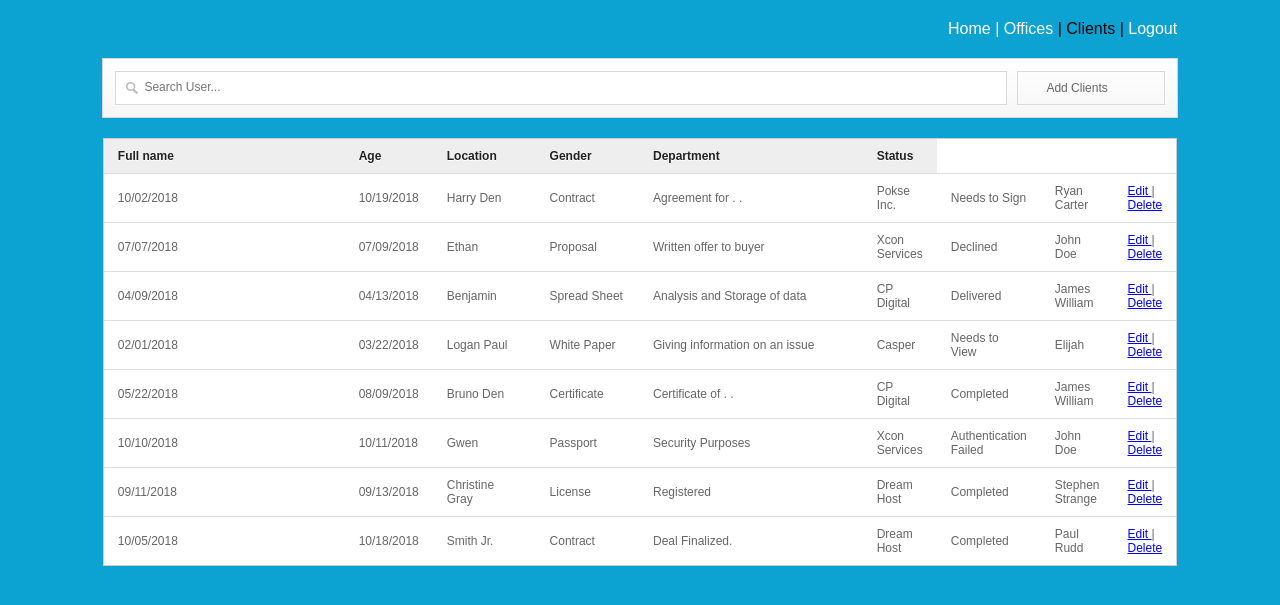
Repository: MrSyntax31/recordmanagement
Page: http://localhost/main/clients.php
An editor plug-in stored every save of this project. The page is shown before and after the next save, followed by the edit.
The browser window is 1280 px wide. The pictures show the whole page.
The page is run by PHP 8.4 with error messages shown; the project is at /var/www/html/. The database holds what the project's SQL file puts in it.

Above is the page before, as saved 2022-03-03 14:41:15.

### main/clients.php
<style>
body {
	background: #0ca3d2;
}
table { border-collapse: separate; background-color: #FFFFFF; border-spacing: 0; width: 85%; color: #666666; text-shadow: 0 1px 0 #FFFFFF; border: 1px solid #CCCCCC; box-shadow: 0; margin: 0 auto;font-family: arial; }
table thead tr th { background: none repeat scroll 0 0 #EEEEEE; color: #222222; padding: 10px 14px; text-align: left; border-top: 0 none; font-size: 12px; }
table tbody tr td{
    background-color: #FFFFFF;
	font-size: 12px;
    text-align: left;
	padding: 10px 14px;
	border-top: 1px solid #DDDDDD;
}
#log {
	width: 85%;
	text-align: right;
	margin: 20px auto;
	font-family: arial;
}
#log a {
	color: #FFFFFF;
	text-decoration: none;
	font-family: arial;
}
#formdesign {
	background: linear-gradient(to bottom, #FFFFFF 0%, #F6F6F6 100%) repeat scroll 0 0 rgba(0, 0, 0, 0);
    border: 1px solid #D5D5D5;
    padding: 12px;
    position: relative;
	margin: 20px auto;
	width: 83%;
	clear: both;
	height: 34px;
}
#filter {
	-moz-box-sizing: border-box;
    background: url("img/big_search.png") no-repeat scroll 10px 10px #FFFFFF;
    box-shadow: none;
    display: block;
    font-size: 12px;
    height: 34px;
    padding: 9px 140px 9px 28px;display: block;
    font-size: 12px;
    height: 34px;
    padding: 9px 140px 9px 28px;
    width: 85%;
	border: 1px solid #DADADA;
    transition: border 0.2s linear 0s, box-shadow 0.2s linear 0s;
	padding-top: 6px;
	float: left;
}
#add {
	float: right;
	width: 8.5%;
	display: block;
    font-size: 12px;
    height: 14px;
    padding: 9px 28px 9px 28px;
	border: 1px solid #DADADA;
}
a#add {
	text-decoration: none;
	color: #666666;
	font-family: arial;
	font-size: 12px;
}

</style>
<script src="argiepolicarpio.js" type="text/javascript" charset="utf-8"></script>
<script src="js/application.js" type="text/javascript" charset="utf-8"></script>
<!--sa poip up-->
<link href="src/facebox.css" media="screen" rel="stylesheet" type="text/css" />
   <script src="lib/jquery.js" type="text/javascript"></script>
  <script src="src/facebox.js" type="text/javascript"></script>
  <script type="text/javascript">
    jQuery(document).ready(function($) {
      $('a[rel*=facebox]').facebox({
        loadingImage : 'src/loading.gif',
        closeImage   : 'src/closelabel.png'
      })
    })
  </script>
<div id="log"> <a href="index.php">Home | <a href="offices.php">Offices</a> | Clients |  <a href="../index.php">Logout</a>
</div>
<div id="formdesign">
<input type="text" name="filter" value="" id="filter" placeholder="Search User..." autocomplete="off" />
<a rel="facebox" href="add.php" id="add">Add Clients</a>
</div>
<table cellspacing="0" cellpadding="2" id="resultTable">
<thead>
	<tr>
		<th width="25%"> Full name</th>
		<th width="7%"> Age</th>
		<th width="10%"> Location </th>
		<th width="10%"> Gender </th>
		<th width="23%"> Department </th>
		<th width="5%">  Status </th>
	</tr>
</thead>
<tbody>
	<?php
		include('connect.php');
		$result = $db->prepare("SELECT * FROM transaction ORDER BY id DESC");
		$result->execute();
		for($i=0; $row = $result->fetch(); $i++){
	?>
	<tr class="record">
		<td><?php echo $row['date']; ?></td>
		<td><?php echo $row['dateout']; ?></td>
		<td><?php echo $row['receive_by']; ?></td>
		<td><?php echo $row['doc_type']; ?></td>
		<td><?php echo $row['description']; ?></td>
		<td><?php echo $row['office']; ?></td>
		<td><?php echo $row['status']; ?></td>
		<td><?php echo $row['ft']; ?></td>
		<td><a rel="facebox" href="editform.php?id=<?php echo $row['id']; ?>"> Edit </a> | <a href="#" id="<?php echo $row['id']; ?>" class="delbutton" title="Click To Delete">Delete</a></td>
	</tr>
	<?php
		}
	?>
</tbody>
</table>
<script src="js/jquery.js"></script>
  <script type="text/javascript">
$(function() {


$(".delbutton").click(function(){

//Save the link in a variable called element
var element = $(this);

//Find the id of the link that was clicked
var del_id = element.attr("id");

//Built a url to send
var info = 'id=' + del_id;
 if(confirm("Sure you want to delete this update? There is NO undo!"))
		  {

 $.ajax({
   type: "GET",
   url: "delete.php",
   data: info,
   success: function(){

   }
 });
         $(this).parents(".record").animate({ backgroundColor: "#fbc7c7" }, "fast")
		.animate({ opacity: "hide" }, "slow");

 }

return false;

});

});
</script>

### main/connect.php
<?php
/* Database config */
$db_host		= 'localhost';
$db_user		= 'root';
$db_pass		= '';
$db_database	= 'record';

/* End config */

$db = new PDO('mysql:host='.$db_host.';dbname='.$db_database, $db_user, $db_pass);
$db->setAttribute(PDO::ATTR_ERRMODE, PDO::ERRMODE_EXCEPTION);

?>

### main/js/application.js
$(document).ready(function() {
	zebraRows('tr:odd td', 'odd');

	$('tbody tr').hover(function(){
	  $(this).find('td').addClass('hovered');
	}, function(){
	  $(this).find('td').removeClass('hovered');
	});

	//default each row to visible
	$('tbody tr').addClass('visible');

	//overrides CSS display:none property
	//so only users w/ JS will see the
	//filter box
	$('#search').show();

	$('#filter').keyup(function(event) {
		//if esc is pressed or nothing is entered
    if (event.keyCode == 27 || $(this).val() == '') {
			//if esc is pressed we want to clear the value of search box
			$(this).val('');

			//we want each row to be visible because if nothing
			//is entered then all rows are matched.
      $('tbody tr').removeClass('visible').show().addClass('visible');
    }

		//if there is text, lets filter
		else {
      filter('tbody tr', $(this).val());
    }

		//reapply zebra rows
		$('.visible td').removeClass('odd');
		zebraRows('.visible:even td', 'odd');
	});

	//grab all header rows
	$('thead th').each(function(column) {
		$(this).addClass('sortable')
					.click(function(){
						var findSortKey = function($cell) {
							return $cell.find('.sort-key').text().toUpperCase() + ' ' + $cell.text().toUpperCase();
						};

						var sortDirection = $(this).is('.sorted-asc') ? -1 : 1;

						//step back up the tree and get the rows with data
						//for sorting
						var $rows		= $(this).parent()
																.parent()
																.parent()
																.find('tbody tr')
																.get();

						//loop through all the rows and find
						$.each($rows, function(index, row) {
							row.sortKey = findSortKey($(row).children('td').eq(column));
						});

						//compare and sort the rows alphabetically
						$rows.sort(function(a, b) {
							if (a.sortKey < b.sortKey) return -sortDirection;
							if (a.sortKey > b.sortKey) return sortDirection;
							return 0;
						});

						//add the rows in the correct order to the bottom of the table
						$.each($rows, function(index, row) {
							$('tbody').append(row);
							row.sortKey = null;
						});

						//identify the column sort order
						$('th').removeClass('sorted-asc sorted-desc');
						var $sortHead = $('th').filter(':nth-child(' + (column + 1) + ')');
						sortDirection == 1 ? $sortHead.addClass('sorted-asc') : $sortHead.addClass('sorted-desc');

						//identify the column to be sorted by
						$('td').removeClass('sorted')
									.filter(':nth-child(' + (column + 1) + ')')
									.addClass('sorted');

						$('.visible td').removeClass('odd');
						zebraRows('.visible:even td', 'odd');
					});
	});
});


//used to apply alternating row styles
function zebraRows(selector, className)
{
	$(selector).removeClass(className)
							.addClass(className);
}

//filter results based on query
function filter(selector, query) {
	query	=	$.trim(query); //trim white space
  query = query.replace(/ /gi, '|'); //add OR for regex

  $(selector).each(function() {
    ($(this).text().search(new RegExp(query, "i")) < 0) ? $(this).hide().removeClass('visible') : $(this).show().addClass('visible');
  });
}

### main/src/facebox.css
#facebox {
  position: absolute;
  top: 0;
  left: 0;
  z-index: 100;
  text-align: left;
}


#facebox .popup{
  position:relative;
  border:3px solid rgba(0,0,0,0);
  -webkit-border-radius:5px;
  -moz-border-radius:5px;
  border-radius:5px;
  -webkit-box-shadow:0 0 18px rgba(0,0,0,0.4);
  -moz-box-shadow:0 0 18px rgba(0,0,0,0.4);
  box-shadow:0 0 18px rgba(0,0,0,0.4);
}

#facebox .content {
  display:table;
  width: 280px;
  padding: 10px;
  background: #fff;
  -webkit-border-radius:4px;
  -moz-border-radius:4px;
  border-radius:4px;
}

#facebox .content > p:first-child{
  margin-top:0;
}
#facebox .content > p:last-child{
  margin-bottom:0;
}

#facebox .close{
  position:absolute;
  top:5px;
  right:5px;
  padding:2px;
  background:#fff;
}
#facebox .close img{
  opacity:0.3;
}
#facebox .close:hover img{
  opacity:1.0;
}

#facebox .loading {
  text-align: center;
}

#facebox .image {
  text-align: center;
}

#facebox img {
  border: 0;
  margin: 0;
}

#facebox_overlay {
  position: fixed;
  top: 0px;
  left: 0px;
  height:100%;
  width:100%;
}

.facebox_hide {
  z-index:-100;
}

.facebox_overlayBG {
  background-color: #000;
  z-index: 99;
}

.hoverbox
{
	cursor: default;
	list-style: none;
}

.hoverbox a
{
	cursor:pointer;
}


.hoverbox img
{
	background: #fff;
	border-color: #aaa #ccc #ddd #bbb;
	border-style: solid;
	border-width: 1px;
	color: inherit;
	padding: 2px;
	vertical-align: top;
	width: 115px;
	height: 70px;
	margin-bottom:5px;
}

### main/src/facebox.js
/*
 * Facebox (for jQuery)
 * version: 1.2 (05/05/2008)
 * @requires jQuery v1.2 or later
 *
 * Examples at http://famspam.com/facebox/
 *
 * Licensed under the MIT:
 *   http://www.opensource.org/licenses/mit-license.php
 *
 * Copyright 2007, 2008 Chris Wanstrath [ chris@ozmm.org ]
 *
 * Usage:
 *
 *  jQuery(document).ready(function() {
 *    jQuery('a[rel*=facebox]').facebox()
 *  })
 *
 *  <a href="#terms" rel="facebox">Terms</a>
 *    Loads the #terms div in the box
 *
 *  <a href="terms.html" rel="facebox">Terms</a>
 *    Loads the terms.html page in the box
 *
 *  <a href="terms.png" rel="facebox">Terms</a>
 *    Loads the terms.png image in the box
 *
 *
 *  You can also use it programmatically:
 *
 *    jQuery.facebox('some html')
 *    jQuery.facebox('some html', 'my-groovy-style')
 *
 *  The above will open a facebox with "some html" as the content.
 *
 *    jQuery.facebox(function($) {
 *      $.get('blah.html', function(data) { $.facebox(data) })
 *    })
 *
 *  The above will show a loading screen before the passed function is called,
 *  allowing for a better ajaxy experience.
 *
 *  The facebox function can also display an ajax page, an image, or the contents of a div:
 *
 *    jQuery.facebox({ ajax: 'remote.html' })
 *    jQuery.facebox({ ajax: 'remote.html' }, 'my-groovy-style')
 *    jQuery.facebox({ image: 'stairs.jpg' })
 *    jQuery.facebox({ image: 'stairs.jpg' }, 'my-groovy-style')
 *    jQuery.facebox({ div: '#box' })
 *    jQuery.facebox({ div: '#box' }, 'my-groovy-style')
 *
 *  Want to close the facebox?  Trigger the 'close.facebox' document event:
 *
 *    jQuery(document).trigger('close.facebox')
 *
 *  Facebox also has a bunch of other hooks:
 *
 *    loading.facebox
 *    beforeReveal.facebox
 *    reveal.facebox (aliased as 'afterReveal.facebox')
 *    init.facebox
 *    afterClose.facebox
 *
 *  Simply bind a function to any of these hooks:
 *
 *   $(document).bind('reveal.facebox', function() { ...stuff to do after the facebox and contents are revealed... })
 *
 */
(function($) {
  $.facebox = function(data, klass) {
    $.facebox.loading()

    if (data.ajax) fillFaceboxFromAjax(data.ajax, klass)
    else if (data.image) fillFaceboxFromImage(data.image, klass)
    else if (data.div) fillFaceboxFromHref(data.div, klass)
    else if ($.isFunction(data)) data.call($)
    else $.facebox.reveal(data, klass)
  }

  /*
   * Public, $.facebox methods
   */

  $.extend($.facebox, {
    settings: {
      opacity      : 0.2,
      overlay      : false,
      loadingImage : '/facebox/loading.gif',
      closeImage   : '/facebox/closelabel.png',
      imageTypes   : [ 'png', 'jpg', 'jpeg', 'gif' ],
      faceboxHtml  : '\
    <div id="facebox" style="display:none;"> \
      <div class="popup"> \
        <div class="content"> \
        </div> \
        <a href="#" class="close"><img src="/facebox/closelabel.png" title="close" class="close_image" /></a> \
      </div> \
    </div>'
    },

    loading: function() {
      init()
      if ($('#facebox .loading').length == 1) return true
      showOverlay()

      $('#facebox .content').empty()
      $('#facebox .body').children().hide().end().
        append('<div class="loading"><img src="'+$.facebox.settings.loadingImage+'"/></div>')

      $('#facebox').css({
        top:	getPageScroll()[1] + (getPageHeight() / 10),
        left:	$(window).width() / 2 - 205
      }).show()

      $(document).bind('keydown.facebox', function(e) {
        if (e.keyCode == 27) $.facebox.close()
        return true
      })
      $(document).trigger('loading.facebox')
    },

    reveal: function(data, klass) {
      $(document).trigger('beforeReveal.facebox')
      if (klass) $('#facebox .content').addClass(klass)
      $('#facebox .content').append(data)
      $('#facebox .loading').remove()
      $('#facebox .body').children().fadeIn('normal')
      $('#facebox').css('left', $(window).width() / 2 - ($('#facebox .popup').width() / 2))
      $(document).trigger('reveal.facebox').trigger('afterReveal.facebox')
    },

    close: function() {
      $(document).trigger('close.facebox')
      return false
    }
  })

  /*
   * Public, $.fn methods
   */

  $.fn.facebox = function(settings) {
    if ($(this).length == 0) return

    init(settings)

    function clickHandler() {
      $.facebox.loading(true)

      // support for rel="facebox.inline_popup" syntax, to add a class
      // also supports deprecated "facebox[.inline_popup]" syntax
      var klass = this.rel.match(/facebox\[?\.(\w+)\]?/)
      if (klass) klass = klass[1]

      fillFaceboxFromHref(this.href, klass)
      return false
    }

    return this.bind('click.facebox', clickHandler)
  }

  /*
   * Private methods
   */

  // called one time to setup facebox on this page
  function init(settings) {
    if ($.facebox.settings.inited) return true
    else $.facebox.settings.inited = true

    $(document).trigger('init.facebox')
    makeCompatible()

    var imageTypes = $.facebox.settings.imageTypes.join('|')
    $.facebox.settings.imageTypesRegexp = new RegExp('\.(' + imageTypes + ')$', 'i')

    if (settings) $.extend($.facebox.settings, settings)
    $('body').append($.facebox.settings.faceboxHtml)

    var preload = [ new Image(), new Image() ]
    preload[0].src = $.facebox.settings.closeImage
    preload[1].src = $.facebox.settings.loadingImage

    $('#facebox').find('.b:first, .bl').each(function() {
      preload.push(new Image())
      preload.slice(-1).src = $(this).css('background-image').replace(/url\((.+)\)/, '$1')
    })

    $('#facebox .close').click($.facebox.close)
    $('#facebox .close_image').attr('src', $.facebox.settings.closeImage)
  }

  // getPageScroll() by quirksmode.com
  function getPageScroll() {
    var xScroll, yScroll;
    if (self.pageYOffset) {
      yScroll = self.pageYOffset;
      xScroll = self.pageXOffset;
    } else if (document.documentElement && document.documentElement.scrollTop) {	 // Explorer 6 Strict
      yScroll = document.documentElement.scrollTop;
      xScroll = document.documentElement.scrollLeft;
    } else if (document.body) {// all other Explorers
      yScroll = document.body.scrollTop;
      xScroll = document.body.scrollLeft;
    }
    return new Array(xScroll,yScroll)
  }

  // Adapted from getPageSize() by quirksmode.com
  function getPageHeight() {
    var windowHeight
    if (self.innerHeight) {	// all except Explorer
      windowHeight = self.innerHeight;
    } else if (document.documentElement && document.documentElement.clientHeight) { // Explorer 6 Strict Mode
      windowHeight = document.documentElement.clientHeight;
    } else if (document.body) { // other Explorers
      windowHeight = document.body.clientHeight;
    }
    return windowHeight
  }

  // Backwards compatibility
  function makeCompatible() {
    var $s = $.facebox.settings

    $s.loadingImage = $s.loading_image || $s.loadingImage
    $s.closeImage = $s.close_image || $s.closeImage
    $s.imageTypes = $s.image_types || $s.imageTypes
    $s.faceboxHtml = $s.facebox_html || $s.faceboxHtml
  }

  // Figures out what you want to display and displays it
  // formats are:
  //     div: #id
  //   image: blah.extension
  //    ajax: anything else
  function fillFaceboxFromHref(href, klass) {
    // div
    if (href.match(/#/)) {
      var url    = window.location.href.split('#')[0]
      var target = href.replace(url,'')
      if (target == '#') return
      $.facebox.reveal($(target).html(), klass)

    // image
    } else if (href.match($.facebox.settings.imageTypesRegexp)) {
      fillFaceboxFromImage(href, klass)
    // ajax
    } else {
      fillFaceboxFromAjax(href, klass)
    }
  }

  function fillFaceboxFromImage(href, klass) {
    var image = new Image()
    image.onload = function() {
      $.facebox.reveal('<div class="image"><img src="' + image.src + '" /></div>', klass)
    }
    image.src = href
  }

  function fillFaceboxFromAjax(href, klass) {
    $.get(href, function(data) { $.facebox.reveal(data, klass) })
  }

  function skipOverlay() {
    return $.facebox.settings.overlay == false || $.facebox.settings.opacity === null
  }

  function showOverlay() {
    if (skipOverlay()) return

    if ($('#facebox_overlay').length == 0)
      $("body").append('<div id="facebox_overlay" class="facebox_hide"></div>')

    $('#facebox_overlay').hide().addClass("facebox_overlayBG")
      .css('opacity', $.facebox.settings.opacity)
      .click(function() { $(document).trigger('close.facebox') })
      .fadeIn(200)
    return false
  }

  function hideOverlay() {
    if (skipOverlay()) return

    $('#facebox_overlay').fadeOut(200, function(){
      $("#facebox_overlay").removeClass("facebox_overlayBG")
      $("#facebox_overlay").addClass("facebox_hide")
      $("#facebox_overlay").remove()
    })

    return false
  }

  /*
   * Bindings
   */

  $(document).bind('close.facebox', function() {
    $(document).unbind('keydown.facebox')
    $('#facebox').fadeOut(function() {
      $('#facebox .content').removeClass().addClass('content')
      $('#facebox .loading').remove()
      $(document).trigger('afterClose.facebox')
    })
    hideOverlay()
  })

})(jQuery);

### main/DATABASE/record.sql (the tables this page reads)
CREATE TABLE IF NOT EXISTS `transaction` (
`id` int(11) NOT NULL,
  `date` varchar(100) NOT NULL,
  `doc_type` varchar(100) NOT NULL,
  `description` varchar(1000) NOT NULL,
  `office` varchar(100) NOT NULL,
  `status` varchar(100) NOT NULL,
  `dateout` varchar(100) NOT NULL,
  `receive_by` varchar(100) NOT NULL,
  `ft` varchar(100) NOT NULL
) ENGINE=InnoDB AUTO_INCREMENT=9 DEFAULT CHARSET=latin1;

INSERT INTO `transaction` (`id`, `date`, `doc_type`, `description`, `office`, `status`, `dateout`, `receive_by`, `ft`) VALUES
(1, '10/05/2018', 'Contract', 'Deal Finalized. ', 'Dream Host', 'Completed', '10/18/2018', 'Smith Jr.', 'Paul Rudd'),
(2, '09/11/2018', 'License', 'Registered', 'Dream Host', 'Completed', '09/13/2018', 'Christine Gray', 'Stephen Strange'),
(3, '10/10/2018', 'Passport', 'Security Purposes', 'Xcon Services', 'Authentication Failed', '10/11/2018', 'Gwen', 'John Doe'),
(4, '05/22/2018', 'Certificate', 'Certificate of . .', 'CP Digital', 'Completed', '08/09/2018', 'Bruno Den', 'James William'),
(5, '02/01/2018', 'White Paper', 'Giving information on an issue', 'Casper', 'Needs to View', '03/22/2018', 'Logan Paul', 'Elijah'),
(6, '04/09/2018', 'Spread Sheet', 'Analysis and Storage of data', 'CP Digital', 'Delivered', '04/13/2018', 'Benjamin', 'James William'),
(7, '07/07/2018', 'Proposal', 'Written offer to buyer', 'Xcon Services', 'Declined', '07/09/2018', 'Ethan', 'John Doe'),
(8, '10/02/2018', 'Contract', 'Agreement for . .', 'Pokse Inc.', 'Needs to Sign', '10/19/2018', 'Harry Den', 'Ryan Carter');

ALTER TABLE `transaction`
 ADD PRIMARY KEY (`id`);

ALTER TABLE `transaction`
MODIFY `id` int(11) NOT NULL AUTO_INCREMENT,AUTO_INCREMENT=9;

Loaded but not shown: main/argiepolicarpio.js (library); main/lib/jquery.js (library); main/js/jquery.js (library)

After the next save:
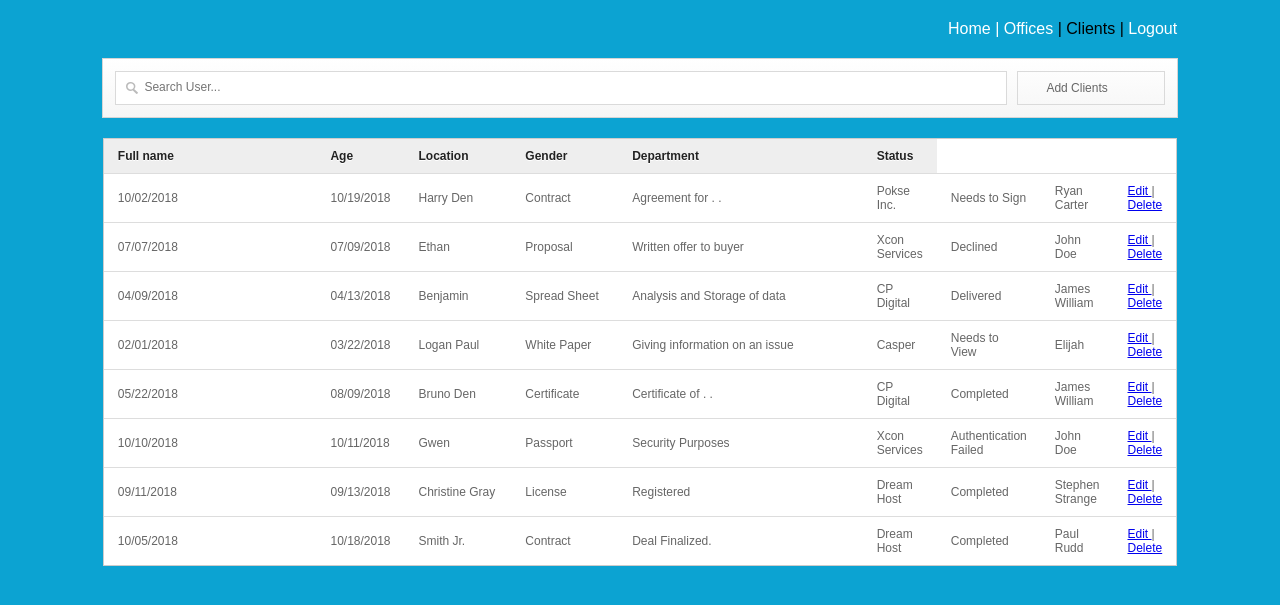
Saved 8 s later.
--- a/main/clients.php
+++ b/main/clients.php
@@ -89,7 +89,7 @@ a#add {
 <table cellspacing="0" cellpadding="2" id="resultTable">
 <thead>
 	<tr>
-		<th width="25%"> Full name</th>
+		<th width="20%"> Full name</th>
 		<th width="7%"> Age</th>
 		<th width="10%"> Location </th>
 		<th width="10%"> Gender </th>
